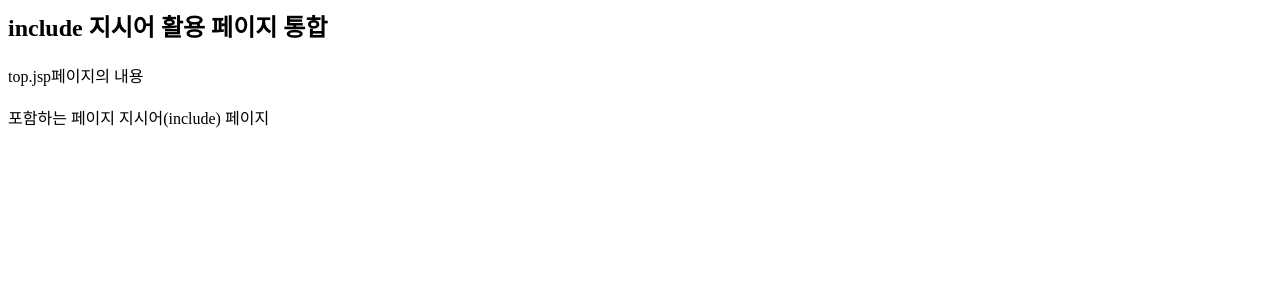
Repository: seminocoe/JSP_STUDY
Page: http://localhost/ServletProject/directive/includeex.jsp
These files come from the project's save history. The page is drawn as it stood at one moment and after the next save; the edit follows.
The browser window is 1280 px wide. The pictures show the whole page.
The page is served by Tomcat 9. Nobody is signed in. The application's start-up code is not run. Other server files are loaded and not shown.

Above is the page before, as saved 2022-08-01 06:07:47.

### ServletProject/src/main/webapp/directive/includeex.jsp
<%@ page language="java" contentType="text/html; charset=UTF-8"
    pageEncoding="UTF-8"%>

 <h2>include 지시어 활용 페이지 통합</h2>
 <%

 String name = "홍 길 동";

 %>
 <%@ include file="top.jsp"%>
 포함하는 페이지 지시어(include) 페이지
 <%@ include file="bottom.jsp"%>

### ServletProject/src/main/webapp/directive/top.jsp
<%@ page language="java" contentType="text/html; charset=UTF-8"
    pageEncoding="UTF-8"%>
    <%@ page import="java.util.*" %>
    <%
    Date date = new Date();
    %>
<!DOCTYPE html>
<html>
<head>
<meta charset="UTF-8">
<title></title>
</head>
<body>
top.jsp페이지의 내용<br><br>
</body>
</html>

Loaded but not shown: ServletProject/src/main/webapp/directive/bottom.jsp (common file)

After the next save:
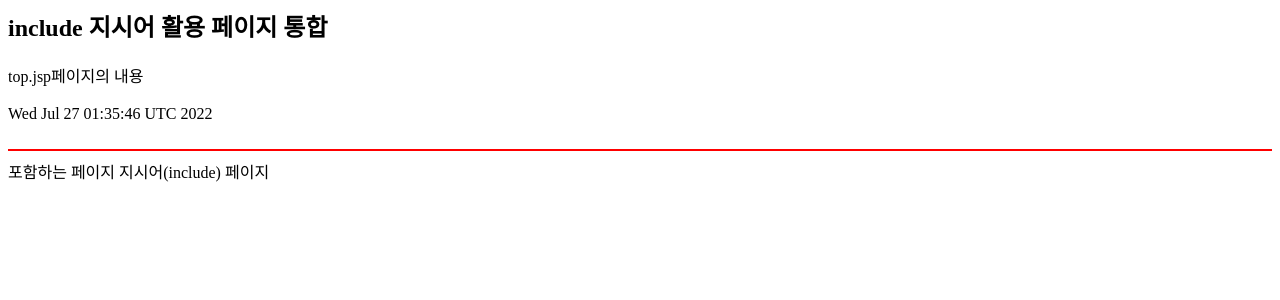
Saved 51 s later.
--- a/ServletProject/src/main/webapp/directive/top.jsp
+++ b/ServletProject/src/main/webapp/directive/top.jsp
@@ -12,5 +12,8 @@
 </head>
 <body>
 top.jsp페이지의 내용<br><br>
+<%=date.toString() %><br><br>
+<hr color="red">
+
 </body>
 </html>
